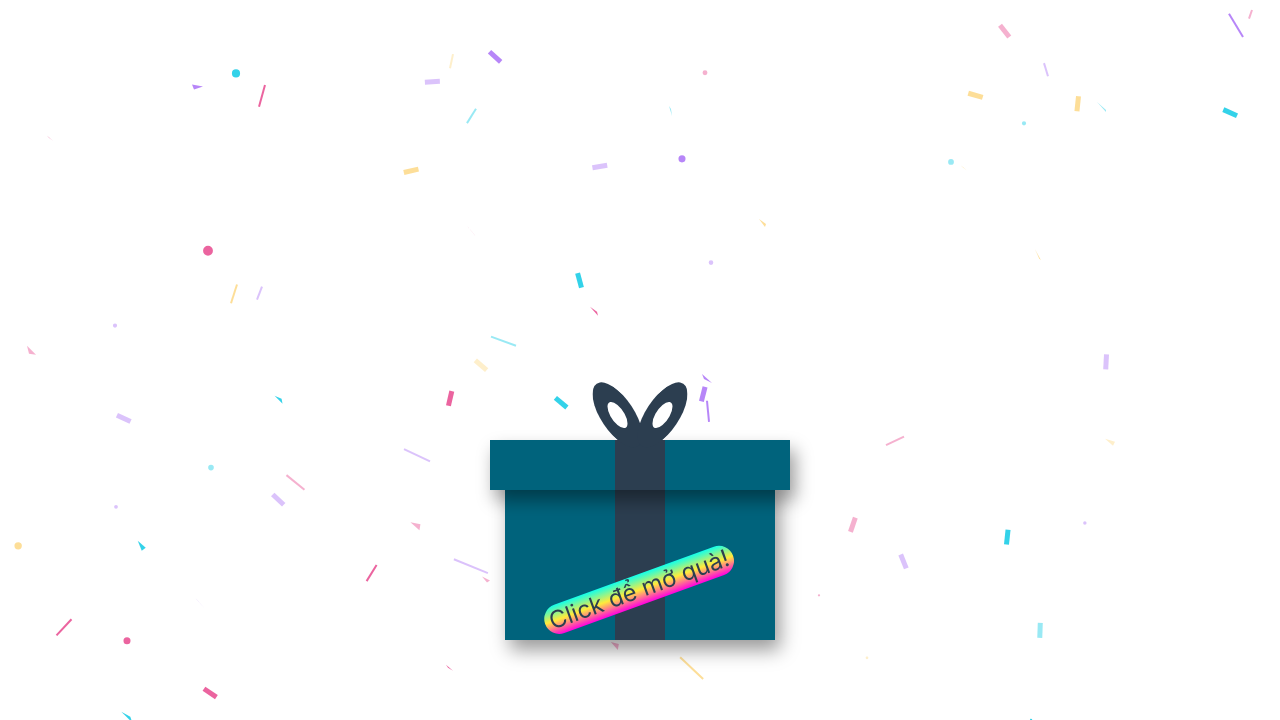
Repository: trongnghia161001/birth_day
Page: index.html
An editor plug-in stored every save of this project. The page is shown before and after the next save, followed by the edit.
The browser window is 1280 px wide. The pictures show the whole page.

Above is the page before, as saved 2022-11-14 23:37:06.

After the next save:
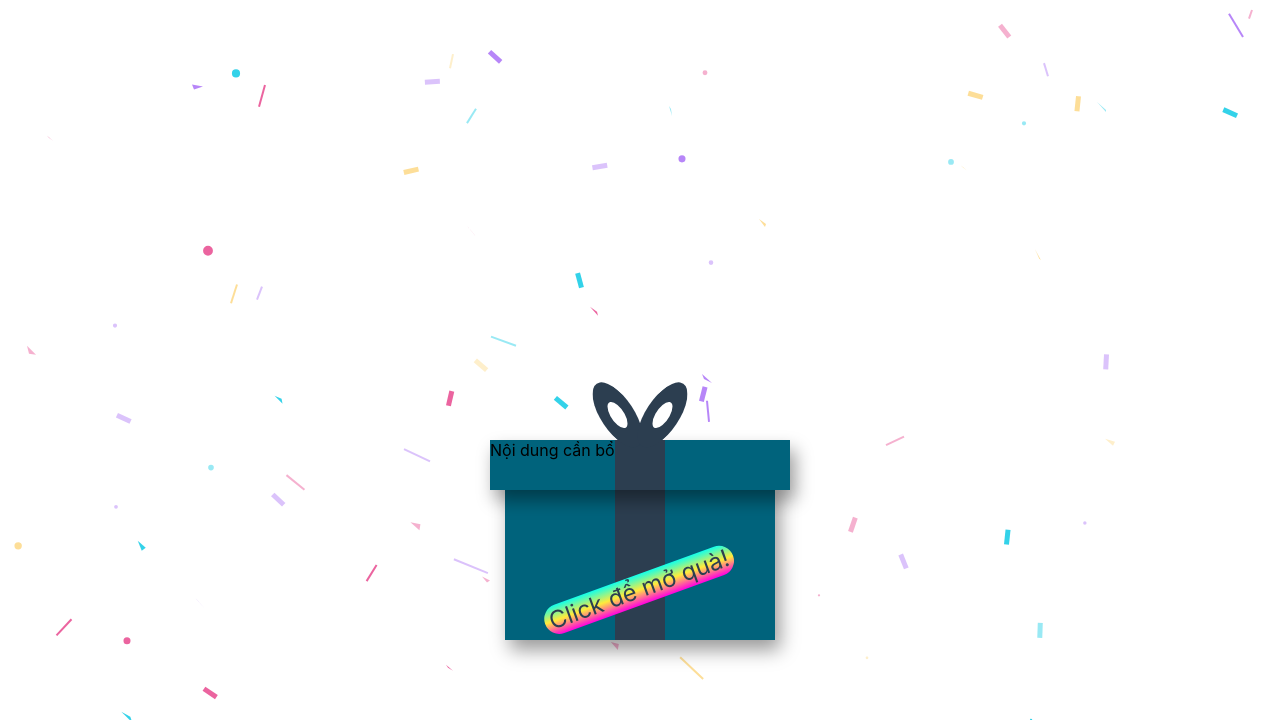
Saved 3 s later.
--- a/scripts/index.js
+++ b/scripts/index.js
@@ -2,11 +2,14 @@ const count = document.getElementById('count');
 const head = document.getElementById('head');
 const giftbox = document.getElementById('merrywrap');
 const canvasC = document.getElementById('c');
-canvasC.innerHTML = "<h1>Nội dung đã được thay đổi</h1>";
+
 const config = {
   birthdate: 'November 14, 2022',
   name: 'Nguyễn Thị Quỳnh Nhi'
 };
+
+var htmlObj = document.getElementById('show');
+htmlObj.innerHTML = htmlObj.innerHTML + '<p>Nội dung cần bổ sung</p>';
 
 function hideEverything() {
   head.style.display = 'none';
@@ -27,7 +30,7 @@ const second = 1000,
   day = hour * 24;
 
 let countDown = new Date(`${config.birthdate} 00:00:00`).getTime();
-x = setInterval(function() {
+x = setInterval(function () {
   let now = new Date().getTime(),
     distance = countDown - now;
 
@@ -54,8 +57,6 @@ x = setInterval(function() {
       lineHeight: 40,
       cx: w / 2,
       cy: h / 2,
-
-
 
       fireworkPrevPoints: 10,
       fireworkBaseLineWidth: 5,
@@ -119,7 +120,7 @@ x = setInterval(function() {
 
     this.reset();
   }
-  Letter.prototype.reset = function() {
+  Letter.prototype.reset = function () {
     this.phase = 'firework';
     this.tick = 0;
     this.spawned = false;
@@ -132,7 +133,7 @@ x = setInterval(function() {
       opts.fireworkBaseLineWidth + opts.fireworkAddedLineWidth * Math.random();
     this.prevPoints = [[0, hh, 0]];
   };
-  Letter.prototype.step = function() {
+  Letter.prototype.step = function () {
     if (this.phase === 'firework') {
       if (!this.spawned) {
         ++this.tick;
@@ -365,7 +366,7 @@ x = setInterval(function() {
     this.size =
       opts.fireworkShardBaseSize + opts.fireworkShardAddedSize * Math.random();
   }
-  Shard.prototype.step = function() {
+  Shard.prototype.step = function () {
     this.x += this.vx;
     this.y += this.vy += opts.gravity;
 
@@ -439,7 +440,7 @@ x = setInterval(function() {
     }
   }
 
-  window.addEventListener('resize', function() {
+  window.addEventListener('resize', function () {
     w = c.width = window.innerWidth;
     h = c.height = window.innerHeight;
 
